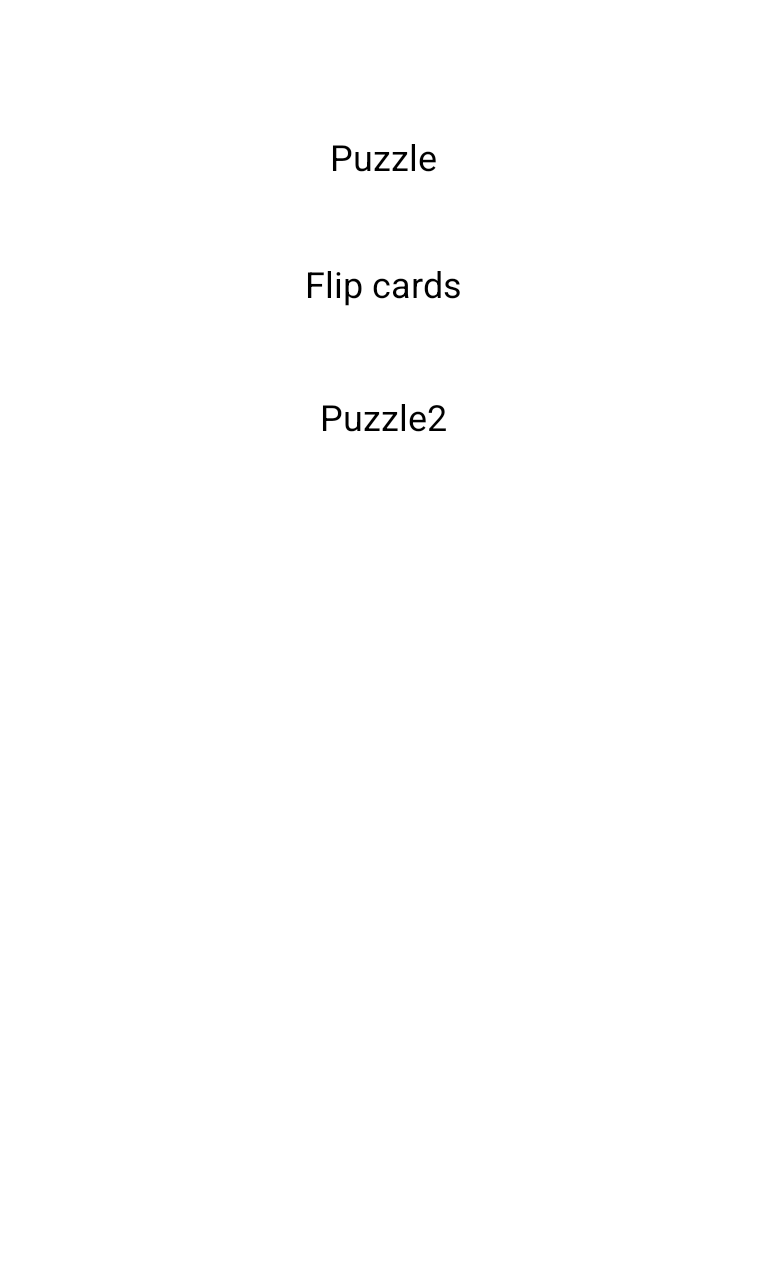
Repository: DimaPetrov/android
Layout: newapp/res/layout/activity_main.xml
These files come from the project's save history. The layout is drawn as it stood at one moment and after the next save; the edit follows.
It is drawn on a 768 x 1280 px phone screen (xhdpi) without system bars, with theme AppTheme; the app's code is not run.

Above is the layout before, as saved 2012-10-18 13:33:45.

After the next save:
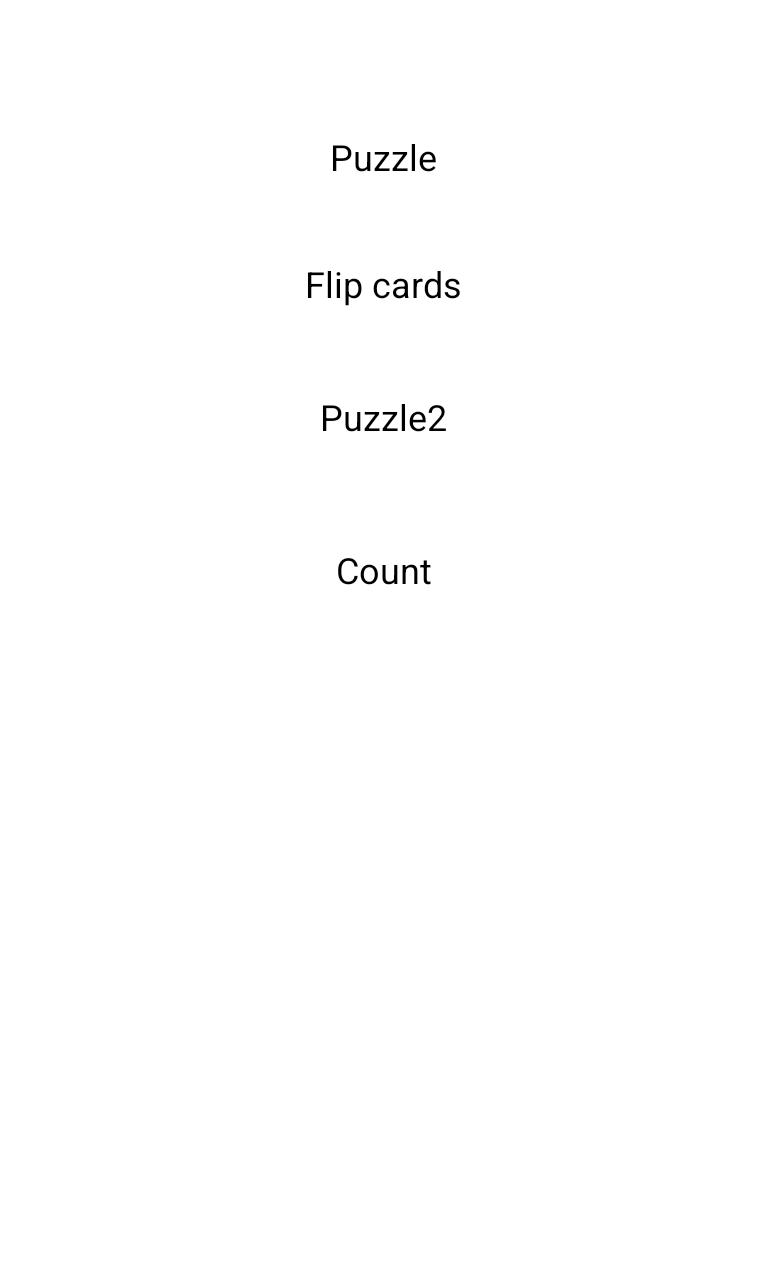
Saved 17 s later.
--- a/newapp/res/layout/activity_main.xml
+++ b/newapp/res/layout/activity_main.xml
@@ -34,4 +34,14 @@
         android:text="@string/puzzleback"
         android:textAppearance="?android:attr/textAppearanceMedium" />
 
+    <TextView
+        android:id="@+id/textView2"
+        android:layout_width="wrap_content"
+        android:layout_height="wrap_content"
+        android:layout_below="@+id/textView1"
+        android:layout_centerHorizontal="true"
+        android:layout_marginTop="52dp"
+        android:text="@string/count"
+        android:textAppearance="?android:attr/textAppearanceMedium" />
+
 </RelativeLayout>
